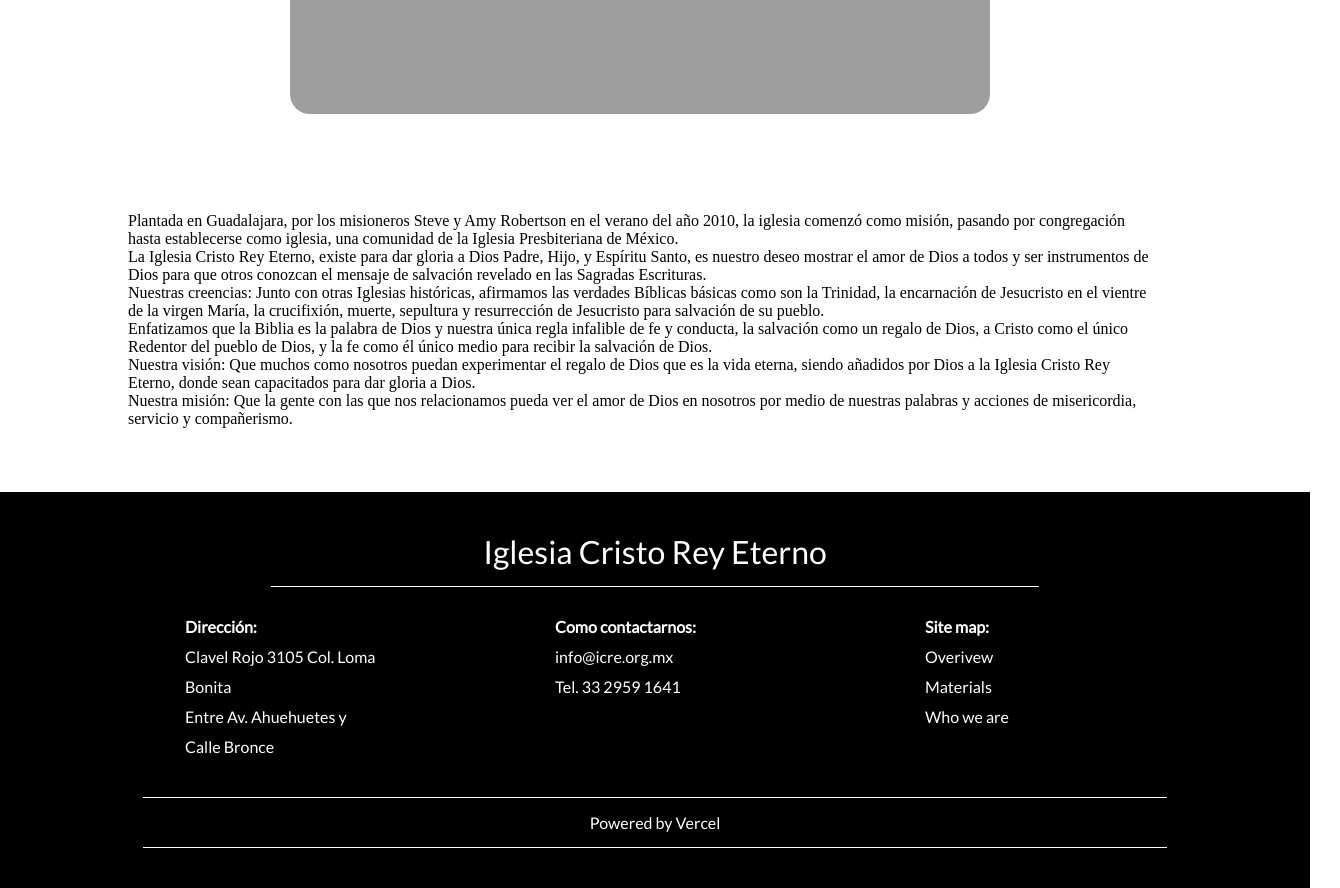
Repository: programmer686/Third-times-a-charm
Page: /About
The author's editor kept a copy of each file at every save. The page is drawn from the files as they stood at one save, then again after the next save.
The browser window is 1280 px wide. The page is 1340 px wide, so the pictures cover 1340 px, including what lies to the right of the window. The pictures show the part of the page from y = 417 to 1313 px (the page is 1305 px tall before and 1395 px after).
Pictures or frames that could not be fetched are drawn as grey boxes. The project was rebuilt for these pictures with package versions that can differ from the ones it lists, and the page was loaded fresh each time. The framework's server and built-in components were replaced by stand-ins that run in the browser. Also part of the build but not shown: next.config.js, src/styles/Layout.module.css.

Above is the page before, as saved 2023-04-28 20:08:12.

After the next save:
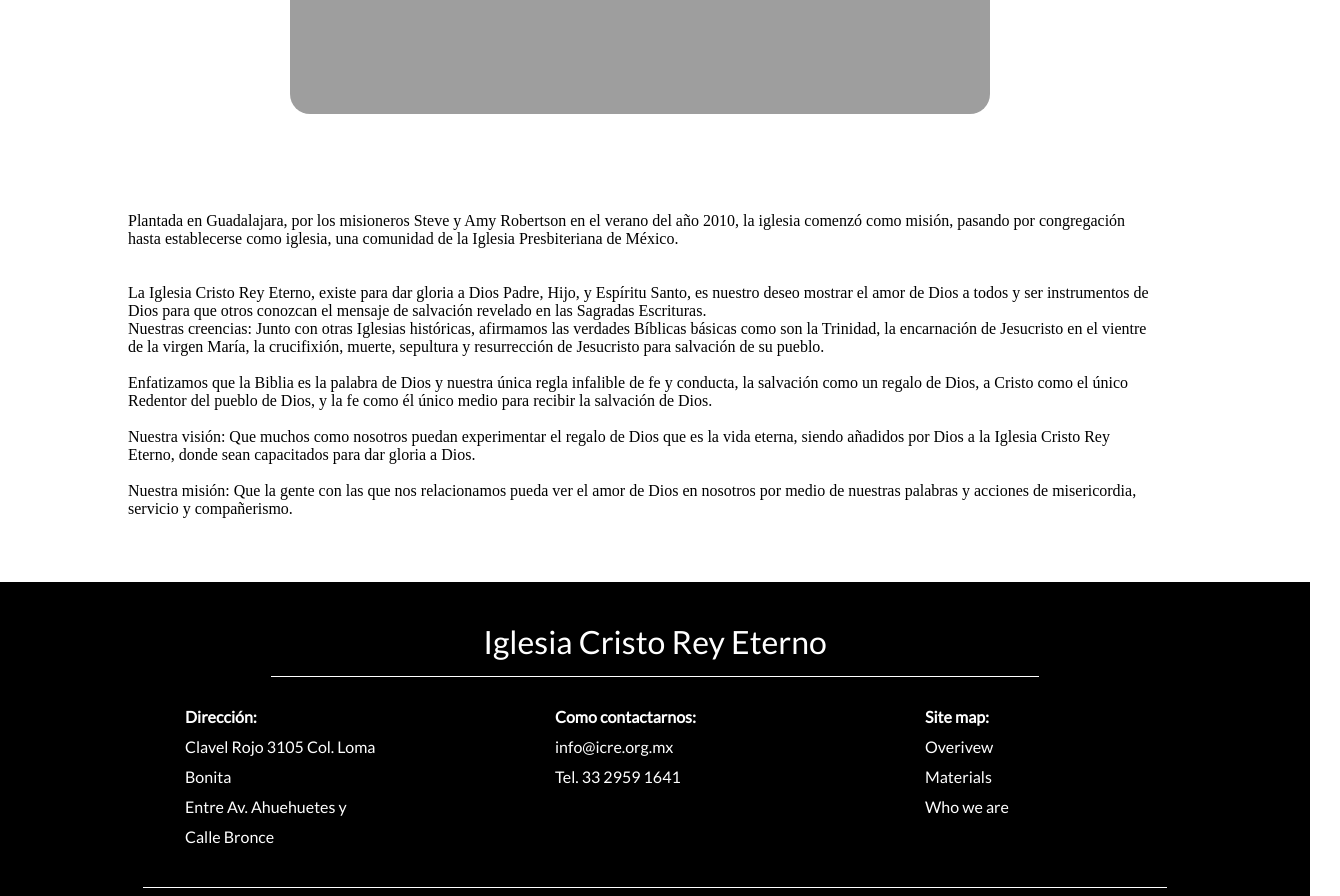
Saved 32 s later.
--- a/src/pages/About.tsx
+++ b/src/pages/About.tsx
@@ -11,9 +11,14 @@ export default function About() {
       </div>
       <div className={styles.about_us__section2}>
         <p>Plantada en Guadalajara, por los misioneros Steve y Amy Robertson en el verano del a&ntilde;o 2010, la iglesia comenz&oacute; como misi&oacute;n, pasando por congregaci&oacute;n hasta establecerse como iglesia, una comunidad de la Iglesia Presbiteriana de M&eacute;xico.</p>
+        <br/>
+        <br/>
         <p>La Iglesia Cristo Rey Eterno, existe para dar gloria a Dios Padre, Hijo, y Esp&iacute;ritu Santo, es nuestro deseo mostrar el amor de Dios a todos y ser instrumentos de Dios para que otros conozcan el mensaje de salvaci&oacute;n revelado en las Sagradas Escrituras.</p><p>Nuestras creencias: Junto con otras Iglesias hist&oacute;ricas, afirmamos las verdades B&iacute;blicas b&aacute;sicas como son la Trinidad, la encarnaci&oacute;n de Jesucristo en el vientre de la virgen Mar&iacute;a, la crucifixi&oacute;n, muerte, sepultura y resurrecci&oacute;n de Jesucristo para salvaci&oacute;n de su pueblo.</p>
+        <br/>
         <p>Enfatizamos que la Biblia es la palabra de Dios y nuestra &uacute;nica regla infalible de fe y conducta, la salvaci&oacute;n como un regalo de Dios, a Cristo como el &uacute;nico Redentor del pueblo de Dios, y la fe como &eacute;l &uacute;nico medio para recibir la salvaci&oacute;n de Dios.</p>
+        <br/>
         <p>Nuestra visi&oacute;n: Que muchos como nosotros puedan experimentar el regalo de Dios que es la vida eterna, siendo a&ntilde;adidos por Dios a la Iglesia Cristo Rey Eterno, donde sean capacitados para dar gloria a Dios.</p>
+        <br/>
         <p>Nuestra misi&oacute;n: Que la gente con las que nos relacionamos pueda ver el amor de Dios en nosotros por medio de nuestras palabras y acciones de misericordia, servicio y compa&ntilde;erismo.</p>
       </div>
 
